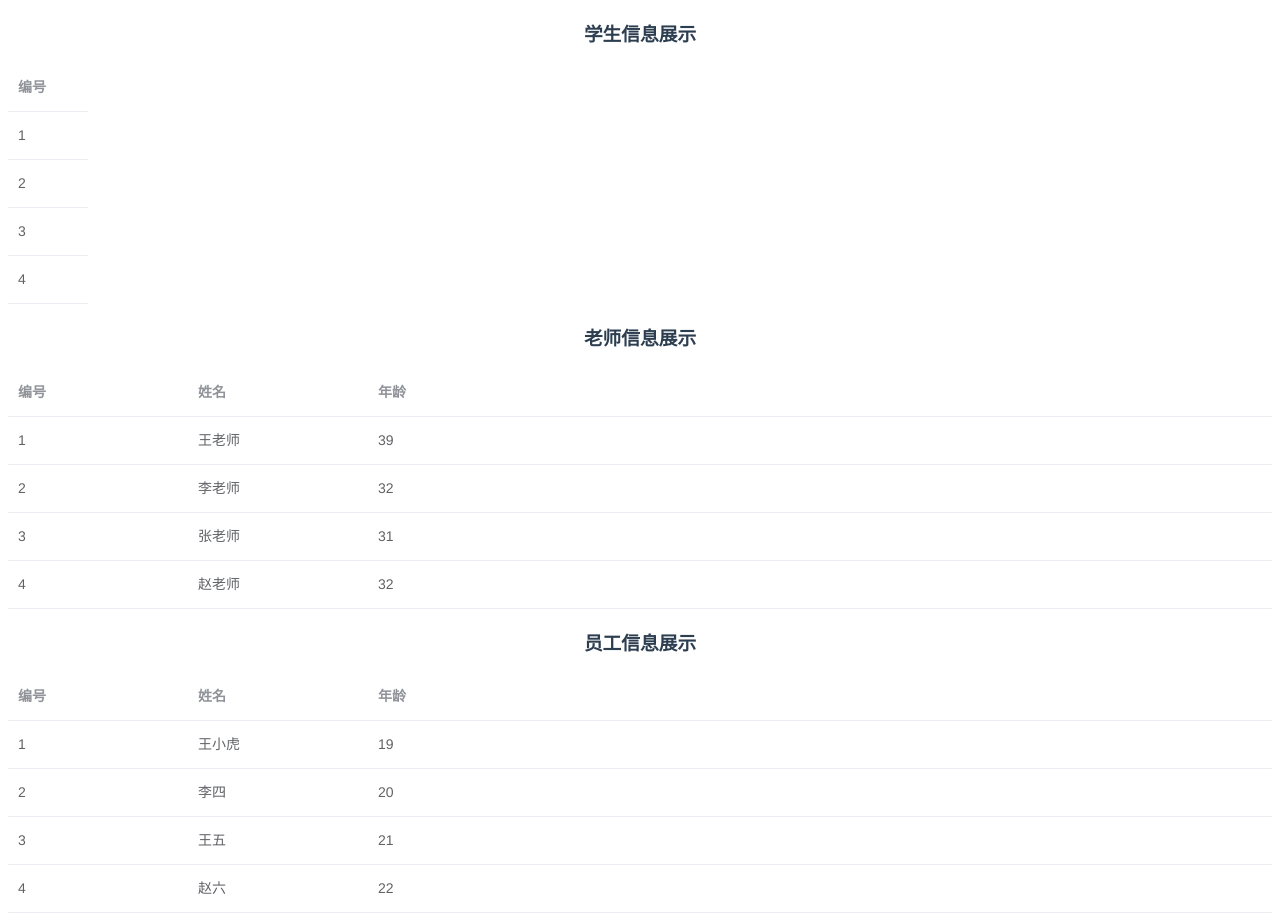
Repository: chang-meng-yun/vue_project
Page: /
The author's editor kept a copy of each file at every save. The page is drawn from the files as they stood at one save, then again after the next save.
The browser window is 1280 px wide. The pictures show the whole page.
The project was rebuilt for these pictures with package versions that can differ from the ones it lists, and the page was loaded fresh each time. Also part of the build but not shown: vue.config.js, src/VBindStudy.vue, src/HomeWork.vue, src/views/reHome.vue, src/FromFrame.vue, src/prents.vue, src/views/son.vue, src/components/HelloWorld.vue and 1 more.

Above is the page before, as saved 2024-06-27 16:04:14.

### public/index.html
<!DOCTYPE html>
<html lang="">
  <head>
    <meta charset="utf-8">
    <meta http-equiv="X-UA-Compatible" content="IE=edge">
    <meta name="viewport" content="width=device-width,initial-scale=1.0">
    <link rel="icon" href="<%= BASE_URL %>favicon.ico">
    <!-- <title><%= htmlWebpackPlugin.options.title %></title> -->
     <title>我是首页</title>
  </head>
  <body>
    <noscript>
      <strong>We're sorry but <%= htmlWebpackPlugin.options.title %> doesn't work properly without JavaScript enabled. Please enable it to continue.</strong>
    </noscript>
    <!-- 显示内容的地方 -->
    <div id="app"></div>
    <!-- built files will be auto injected -->
  </body>
</html>

### src/main.js
import Vue from 'vue'
import App from './App.vue'
import ElementUI from 'element-ui';
import 'element-ui/lib/theme-chalk/index.css';
import router from './router'

Vue.use(ElementUI);

Vue.config.productionTip = false
new Vue({
  router,
  render: h => h(App)
}).$mount('#app')

### src/App.vue
<template>
  <div id="app">
    <!-- <Hello></Hello> -->
    <!-- <VBindStudy></VBindStudy> -->
    <!-- <HomeWork></HomeWork> -->
    <!-- <reHome></reHome> -->
    <!-- <Model></Model> -->
    <!-- <FromFrame></FromFrame> -->
     <!-- <prents></prents> -->
     <!-- <div>来自父组件得值{{son_title}}</div>
      <son @son_to_parent="getValues"></son> -->

      <!-- <child myTitle="信息展示" :mysrc="img_path" > -->
        <child myTitle="学生信息展示" myTitle2="老师信息展示" myTitle3="员工信息展示"  :tableData1="tableData1" :tableData2="tableData2" :tableData3="tableData3"></child>


    </div>
</template>
<script>
  // 导入组件
  import Hello from '@/Hello.vue'
  import VBindStudy from '@/VBindStudy'
  import HomeWork from '@/HomeWork'
  import reHome from './views/reHome.vue'
  import FromFrame from '@/FromFrame.vue'
  import prents from '@/prents.vue'
  import child from '@/child.vue'
   import son from './views/son.vue'
  // import Model from './views/Model.vue'
  export default {
    components: {
      Hello,
      VBindStudy,
      HomeWork,
      FromFrame,
      prents,
      child,
      son
      // Model
    },
    data() {
      return {
        tableData1: [{
            id: '1',
            name: '王小虎',
            age: '19'
          }, {
            id: '2',
            name: '王美美',
            age: '20'
          }, {
            id: '3',
            name: '韩梅梅',
            age: '21'
          }, {
            id: '4',
            name: '张三',
            age: '22'
          }],
          tableData2: [{
            id: '1',
            name: '王老师',
            age: '39'
          }, {
            id: '2',
            name: '李老师',
            age: '32'
          }, {
            id: '3',
            name: '张老师',
            age: '31'
          }, {
            id: '4',
            name: '赵老师',
            age: '32'
          }],
          tableData3: [{
            id: '1',
            name: '王小虎',
            age: '19'
          }, {
            id: '2',
            name: '李四',
            age: '20'
          }, {
            id: '3',
            name: '王五',
            age: '21'
          }, {
            id: '4',
            name: '赵六',
            age: '22'
          }],
        // mark: true,
        // name: "张三",
        // mywidth: "350px",
        // myImage: require("./assets/花.jpg"),
        // img_path: require("@/assets/花.jpg"),
        // son_title:""
      }
    },
    methods: {
      controller_div() {
        this.mark = !this.mark
        console.log(this.mark)
      },
      changeSize() {
        this.mywidth = "500px"
      },
      changeImage() {
        console.log("pakaqiu")
        this.myImage = require("./assets/小樱花.webp")
      },
      getValues(n){
        this.son_title=n
      }
    }
  }
</script>
<style>
  .box {
    width: 200px;
    height: 200px;
    background-color: red;
  }

  #app {
    font-family: Avenir, Helvetica, Arial, sans-serif;
    -webkit-font-smoothing: antialiased;
    -moz-osx-font-smoothing: grayscale;
    text-align: center;
    color: #2c3e50;
  }

  nav {
    padding: 30px;
  }

  nav a {
    font-weight: bold;
    color: #2c3e50;
  }

  nav a.router-link-exact-active {
    color: #42b983;
  }
</style>

### src/Hello.vue
<template>
  <div>
        <!-- <nav>
      <router-link to="/">Home</router-link> |
      <router-link to="/about">About</router-link>
    </nav> -->
    <!-- <el-row>
      <el-button>默认按钮</el-button>
      <el-button type="primary">主要按钮</el-button>
      <el-button type="success">成功按钮</el-button>
      <el-button type="info">信息按钮</el-button>
      <el-button type="warning">警告按钮</el-button>
      <el-button type="danger">危险按钮</el-button>
    </el-row> -->

    <!-- <input  type="text" v-model="username"> -->
     <!-- <div  v-if="mark" class="box">
      div1-if标签
     </div> -->
     <!-- <el-button type="primary" v-on:click="controller_div()">控制div</el-button> -->
     <!-- <div  v-show ="mark" class="box"> -->
      <!-- div2-show标签 -->
     <!-- </div> -->
    <!-- <div>
      {{username}}
    </div> -->
    <!-- <router-view/> -->
     <!-- <hr> -->

     <el-row>
        <el-col :span="12">
          <div class="grid-content bg-purple">
         <img src="./assets/小雏菊.webp" v-bind:width="mywidth" />
         <br>
         <el-button type="primary" @click="changeSize()">改变大小</el-button>
        </div>
      </el-col>

        <el-col :span="12">
          <div class="grid-content bg-purple-light">
            <img v-bind:src="myImage" width="350px" />
            <br>
            <el-button type="primary" @click="changeImage()">改变图片</el-button>
        </div>
      </el-col>
      </el-row>

  </div>
</template>
<script>
     export default{
    // components:{
    //     Hello,
    //     VBindStudy
    // },
    data(){
      return{
        mark:true,
        name:"张三",
        mywidth:"350px",
        myImage:require("./assets/花.jpg")
      }
    },
    methods:{
     controller_div(){
        this.mark=!this.mark
        console.log(this.mark)
      },
      changeSize(){
        this.mywidth="500px"
      },
      changeImage(){
        console.log("pakaqiu")
        this.myImage=require("./assets/小樱花.webp")
      }
     },
     components:{

     }
    }
  </script>
  <style>
  .box{
      width: 200px;
      height: 200px;
      background-color: red;
  }
  #app {
    font-family: Avenir, Helvetica, Arial, sans-serif;
    -webkit-font-smoothing: antialiased;
    -moz-osx-font-smoothing: grayscale;
    text-align: center;
    color: #2c3e50;
  }

  nav {
    padding: 30px;
  }

  nav a {
    font-weight: bold;
    color: #2c3e50;
  }

  /* nav a.router-link-exact-active {
    color: #42b983;
  } */
  </style>

### src/child.vue
<template>
    <div>
        <div>
         <h3>{{myTitle}}</h3>
         <!-- <img :src="mysrc" height="300px" width="300px"> -->
         <el-table
         :data="tableData1"
         style="width: 80px">
         <el-table-column
           prop="id"
           label="编号"
           width="180">
         </el-table-column>
         <el-table-column
           prop="name"
           label="姓名"
           width="180">
         </el-table-column>
         <el-table-column
           prop="age"
           label="年龄">
         </el-table-column>
       </el-table>
        </div>
        <div>
            <h3>{{myTitle2}}</h3>
            <!-- <img :src="mysrc" height="300px" width="300px"> -->
            <el-table
            :data="tableData2"
            style="width: 100%">
            <el-table-column
              prop="id"
              label="编号"
              width="180">
            </el-table-column>
            <el-table-column
              prop="name"
              label="姓名"
              width="180">
            </el-table-column>
            <el-table-column
              prop="age"
              label="年龄">
            </el-table-column>
          </el-table>
           </div>
           <div>
            <h3>{{myTitle3}}</h3>
            <!-- <img :src="mysrc" height="300px" width="300px"> -->
            <el-table
            :data="tableData3"
            style="width: 100%">
            <el-table-column
              prop="id"
              label="编号"
              width="180">
            </el-table-column>
            <el-table-column
              prop="name"
              label="姓名"
              width="180">
            </el-table-column>
            <el-table-column
              prop="age"
              label="年龄">
            </el-table-column>
          </el-table>
           </div>
    </div>
</template>
<script>
    export default{
        data(){
            return{
                // img_path: require("@/assets/花.jpg"),
            }
        },
        // props:["myTitle","mysrc"],
        props:["myTitle","tableData1","myTitle2","tableData2","myTitle3","tableData3"],
        methods: {

        },
        components:{

        }
    }

</script>
<style>

</style>

Loaded but not shown: src/router/index.js (common file)

After the next save:
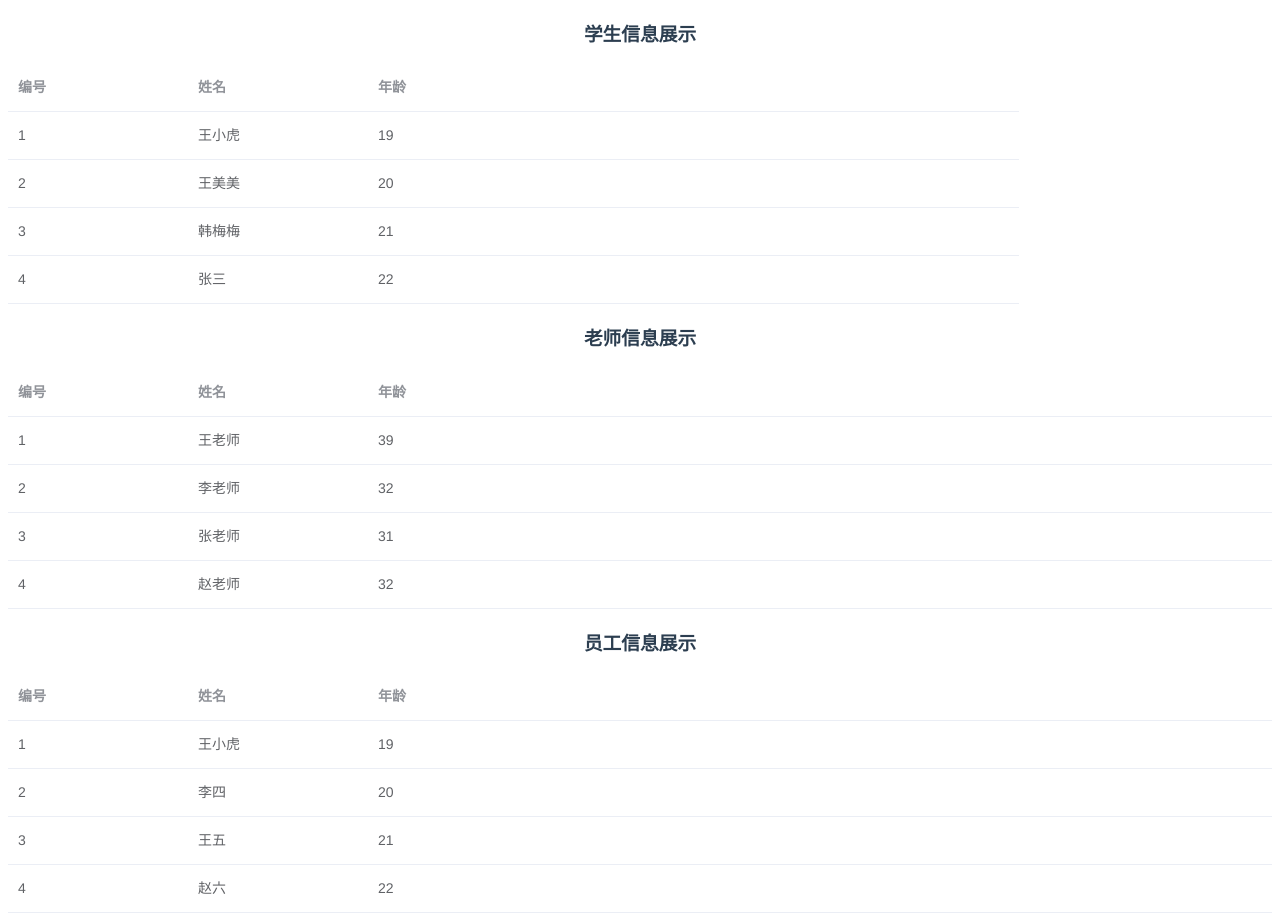
Saved 19 s later.
--- a/src/child.vue
+++ b/src/child.vue
@@ -5,7 +5,7 @@
          <!-- <img :src="mysrc" height="300px" width="300px"> -->
          <el-table
          :data="tableData1"
-         style="width: 80px">
+         style="width:80%">
          <el-table-column
            prop="id"
            label="编号"
